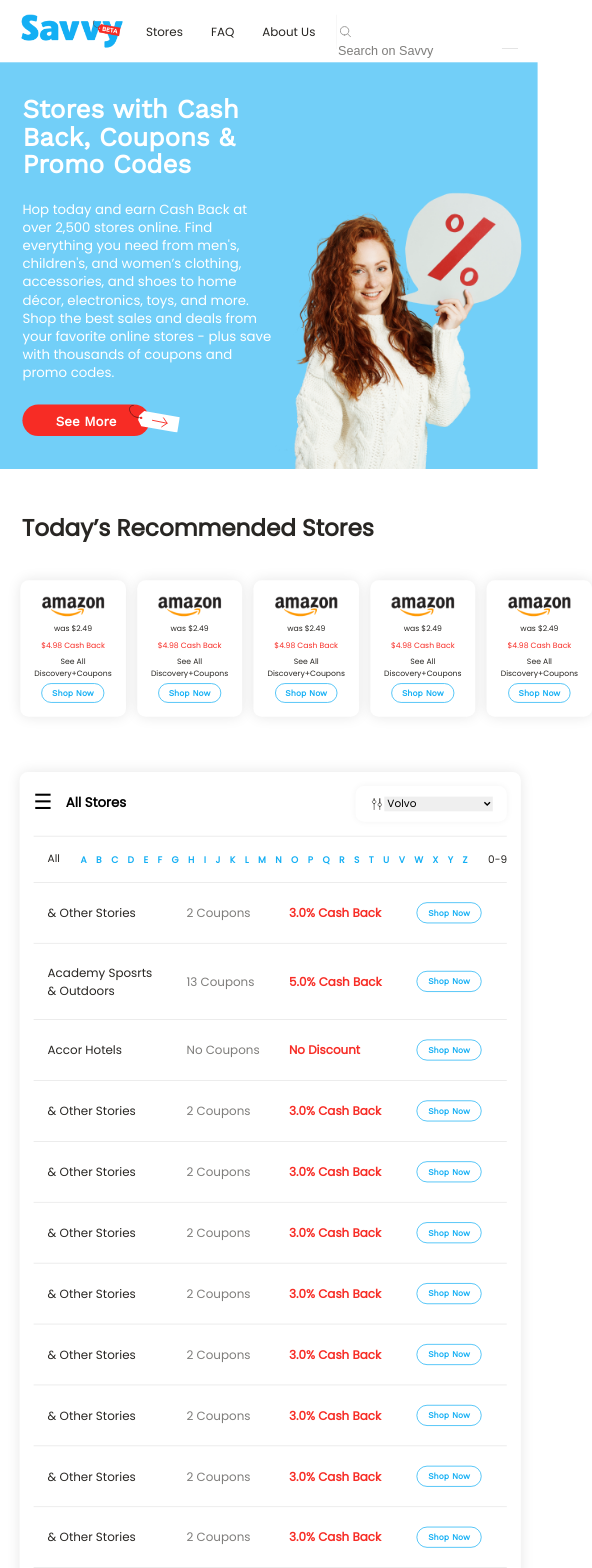
Repository: Gayane07/savvy
Page: index.html
These files come from the project's save history. The page is drawn as it stood at one moment and after a run of saves; the edit follows.
The browser window is 768 px wide. The page is 846 px wide, so the pictures cover 846 px, including what lies to the right of the window. The pictures show the part of the page from y = 0 to 2240 px (the page is 3961 px tall before and 3959 px after), at 70% of full size.

Above is the page before, as saved 2022-05-30 16:46:55.

After the next 2 saves:
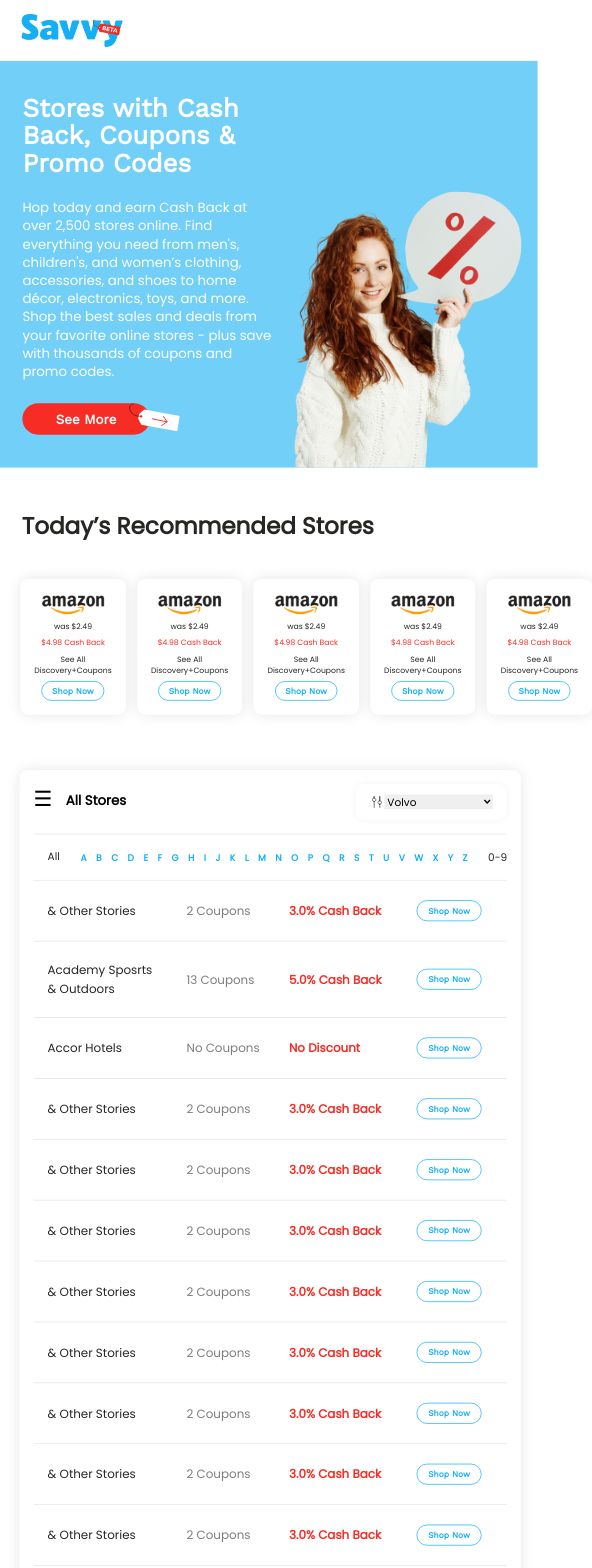
The 2 saves are shown as one change because they came seconds apart.
The last was saved 10 s later.
--- a/style.css
+++ b/style.css
@@ -868,7 +868,7 @@
     flex-direction: column-reverse;
   }
 }
-@media screen and (max-w: 780px) {
+@media screen and (max-width: 780px) {
     .search,  .nav{
         display: none;
     }
